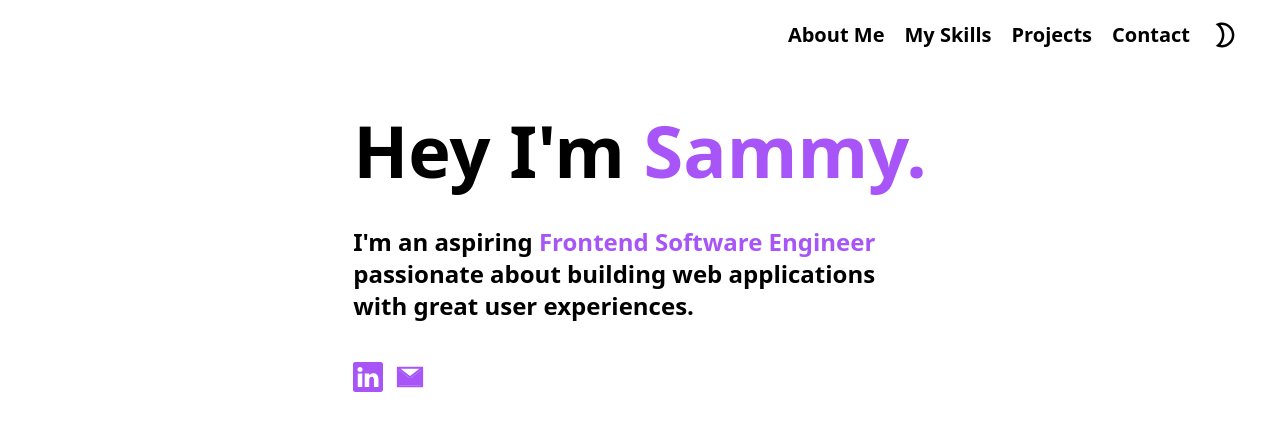
Repository: Al123Kudayyd/e-portfolio
Page: /
An editor plug-in stored every save of this project. The page is shown before and after the next save, followed by the edit.
The browser window is 1280 px wide. The pictures show the whole page.
The project was rebuilt for these pictures with package versions that can differ from the ones it lists, and the page was loaded fresh each time. The framework's server and built-in components were replaced by stand-ins that run in the browser. Also part of the build but not shown: next.config.js.

Above is the page before, as saved 2023-06-06 22:27:00.

### pages/index.tsx
import Info from "@/components/Info";
import Nav from "@/components/Nav";



export default function Home() {
  return (
    <>
      <Nav />
      <div className="flex justify-center items-center">
        <Info />
      </div>


    </>
  )
}

### components/Info.tsx
import { BsLinkedin } from 'react-icons/bs'
import { AiTwotoneMail } from 'react-icons/ai'

function Info() {
  return (
    <div className="overflow-hidden">
        <div className="space-y-10 my-11 flex-col justify-center items-center">
          <h1 className="text-7xl font-bold">Hey I'm <span className="text-purple-500">Sammy.</span></h1>
          <h3 className="text-2xl font-semibold">I'm an aspiring <span className="text-purple-500">Frontend Software Engineer</span> <br /> passionate about building web applications <br /> with great user experiences.</h3>
          <div className="flex items-center space-x-3 text-3xl text-purple-500">
            <BsLinkedin />
            <AiTwotoneMail />
          </div>
        </div>
      </div>
  )
}

export default Info

### components/Nav.tsx
import { MdOutlineModeNight } from 'react-icons/md'
import { FaBars } from 'react-icons/fa'

function Nav() {
  return (
    <div className='my-5 mx-10 flex items-center justify-end font-bold cursor-pointer'>
        <FaBars className='flex md:hidden lg:hidden text-2xl hover:text-purple-500 transition' />
        <ul className='md:flex lg:flex hidden space-x-5 items-center justify-end text-xs sm:text-xl'>
            <li className='hover:text-purple-500 transition'>About Me</li>
            <li className='hover:text-purple-500 transition'>My Skills</li>
            <li className='hover:text-purple-500 transition'>Projects</li>
            <li className='hover:text-purple-500 transition'>Contact</li>
            <li><MdOutlineModeNight className='text-3xl hover:scale-110 transition' /></li>

        </ul>

    </div>
  )
}

export default Nav

Loaded but not shown: pages/_app.tsx (common file); pages/_document.tsx (common file); styles/globals.css (common file); tailwind.config.js (common file)

After the next save:
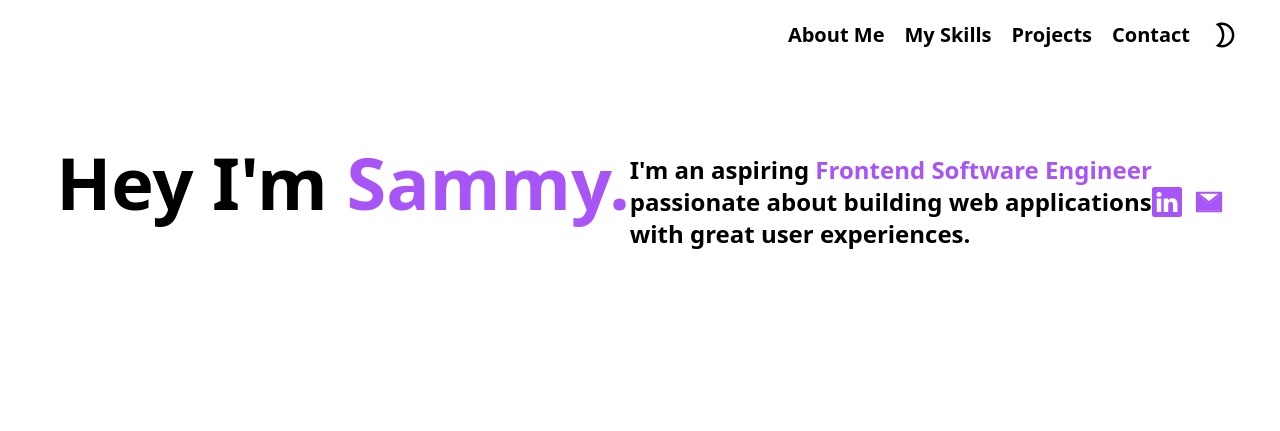
Saved 15 s later.
--- a/components/Info.tsx
+++ b/components/Info.tsx
@@ -4,7 +4,7 @@
 function Info() {
   return (
     <div className="overflow-hidden">
-        <div className="space-y-10 my-11 flex-col justify-center items-center">
+        <div className="space-y-10 my-11 flex justify-center items-center">
           <h1 className="text-7xl font-bold">Hey I'm <span className="text-purple-500">Sammy.</span></h1>
           <h3 className="text-2xl font-semibold">I'm an aspiring <span className="text-purple-500">Frontend Software Engineer</span> <br /> passionate about building web applications <br /> with great user experiences.</h3>
           <div className="flex items-center space-x-3 text-3xl text-purple-500">

After the save that followed:
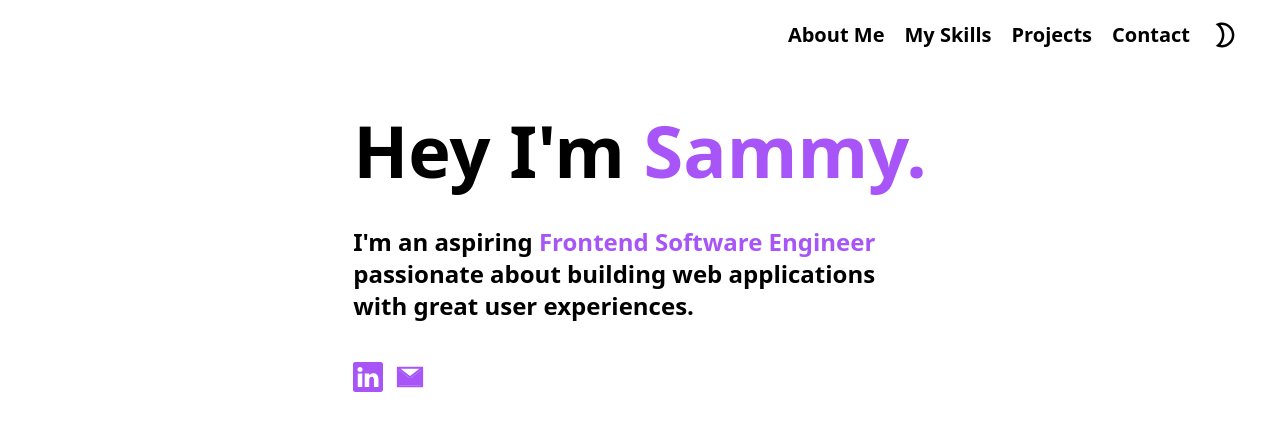
Saved 6 s later.
--- a/components/Info.tsx
+++ b/components/Info.tsx
@@ -4,7 +4,7 @@
 function Info() {
   return (
     <div className="overflow-hidden">
-        <div className="space-y-10 my-11 flex justify-center items-center">
+        <div className="space-y-10 my-11 flex-grid justify-center items-center">
           <h1 className="text-7xl font-bold">Hey I'm <span className="text-purple-500">Sammy.</span></h1>
           <h3 className="text-2xl font-semibold">I'm an aspiring <span className="text-purple-500">Frontend Software Engineer</span> <br /> passionate about building web applications <br /> with great user experiences.</h3>
           <div className="flex items-center space-x-3 text-3xl text-purple-500">
